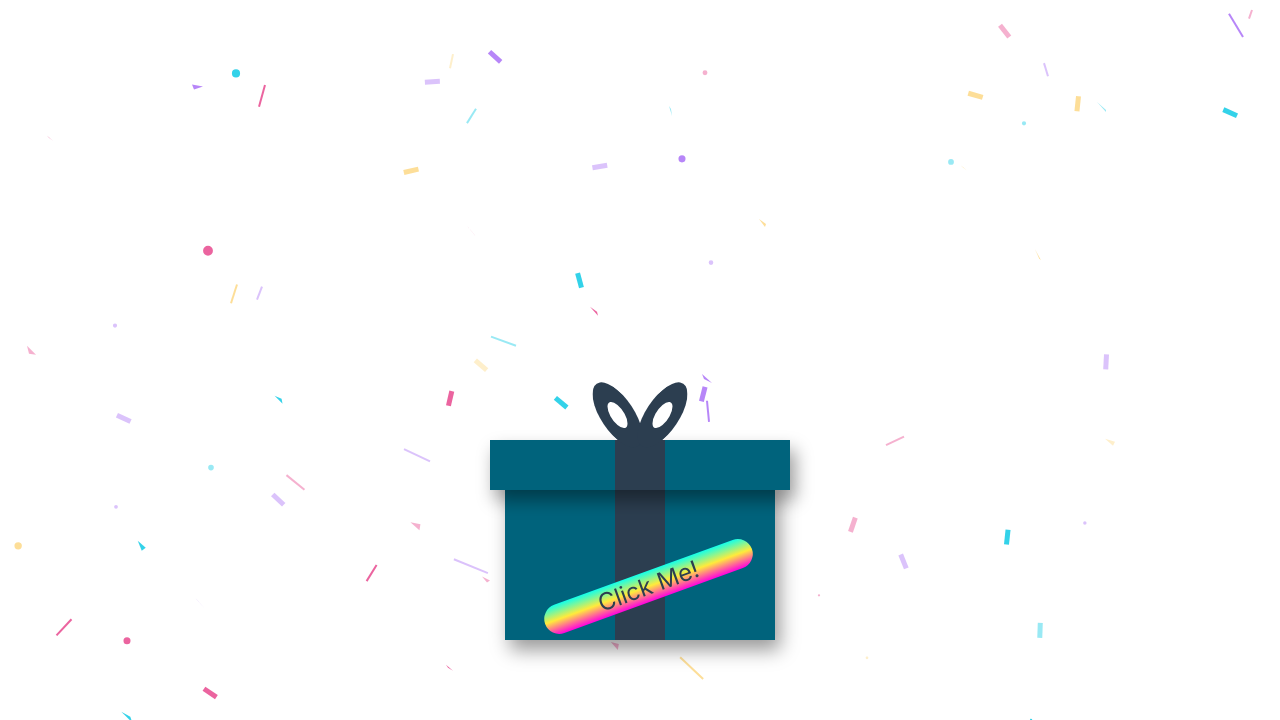
Repository: trongnghia161001/birth_day
Page: index.html
The author's editor kept a copy of each file at every save. The page is drawn from the files as they stood at one save, then again after the next save.
The browser window is 1280 px wide. The pictures show the whole page.

Above is the page before, as saved 2022-11-14 22:25:50.

### index.html
<!DOCTYPE html>
<html>

<head>
  <meta charset="utf-8" />
  <meta name="viewport" content="width=device-width" />
  <title>Happy Birthday!</title>

  <link rel="stylesheet" href="styles/flexbox-center-container.css" media="all">
  <link rel="stylesheet" href="styles/system-fonts.css" media="all">
  <link rel="stylesheet" href="styles/style.css" media="all">
</head>

<body>
  <canvas id=c></canvas>
  <canvas id="confetti"></canvas>
  <div class="container" id="count">
    <h1 id="head">Countdown to your birthday:</h1>
    <ul>
      <li><span id="day"></span>days</li>
      <li><span id="hour"></span>hours</li>
      <li><span id="minute"></span>minutes</li>
      <li><span id="second"></span>seconds</li>
    </ul>
  </div>
  <div id="merrywrap" class="merrywrap">
    <canvas id="snowfall"></canvas>
    <div class="giftbox">
      <div class="cover">
        <div></div>
      </div>
      <div class="box"></div>
    </div>
</body>
<script src="scripts/confetti.min.js" charset="utf-8"></script>
<script src="scripts/index.js" charset="utf-8"></script>

</html>

### styles/style.css
* {
  box-sizing: border-box;
  margin: 0;
  padding: 0;
}
canvas {
  position: absolute;
  top: 0;
  left: 0;
}
body {
  background: #ffffff;
  overflow: hidden;
}
.container {
  color: rgba(55, 59, 65, 0.8);
  font-family: Helvetica, sans-serif;
  font-weight: lighter;
  text-align: center;
}

h1 {
  font-weight: normal;
}
li {
  display: inline-block;
  font-size: 1.5em;
  list-style-type: none;
  padding: 1em;
  text-transform: uppercase;
}
li span {
  display: block;
  font-size: 4.5rem;
}
.merrywrap {
  position: absolute;
  right: 40px;
  left: 40px;
  bottom: 80px;
  top: 40px;
}
.giftbox {
  position: absolute;
  width: 300px;
  height: 200px;
  left: 50%;
  margin-left: -150px;
  bottom: 0;
  z-index: 10;
}


.giftbox > div {
  background: rgb(0, 99, 124);
  position: absolute;
  box-shadow: 5px 10px 18px rgba(0, 0, 0, 0.4);
}

.giftbox:hover > div {
  box-shadow: none;
  transition: 0.5s all;
}

.giftbox > div:after, .giftbox > div:before {
  position: absolute;
  content: "";
  top: 0;
}
.giftbox:after {
  position: absolute;
  color: #2C3E50;
  width: 100%;
  content: "Click Me!";
  left: 50px;
  bottom: 0;
  font-size: 24px;
  text-align: center;
  transform: rotate(-20deg);
  transform-origin: 0 0;
  background: linear-gradient(#14ffe9, #ffeb3b, #ff00e0);
  height: 30px;
  width: 220px;
  border-radius: 50px;
  cursor: pointer;
}



.giftbox .cover {
  width: 100%;
  top: 0;
  left: 0;
  height: 25%;
  z-index: 2;
}
.giftbox .cover:before {
  position: absolute;
  height: 100%;
  left: 50%;
  width: 50px;
  transform: translateX(-50%);
  background: #2C3E50;
}
.giftbox .cover > div {
  position: absolute;
  width: 50px;
  height: 50px;
  left: 50%;
  top: -50px;
  transform: translateX(-50%);
}
.giftbox .cover > div:before, .giftbox .cover > div:after {
  position: absolute;
  left: 0;
  top: 0;
  width: 100%;
  height: 100%;
  content: "";
  box-shadow: inset 0 0 0 15px #2C3E50;
  border-radius: 30px;
  transform-origin: 50% 100%;
}
.giftbox .cover > div:before {
  transform: translateX(-45%) skewY(40deg);
}
.giftbox .cover > div:after {
  transform: translateX(45%) skewY(-40deg);
}
.giftbox .box {
  right: 5%;
  left: 5%;
  height: 80%;
  bottom: 0;
}
.giftbox .box:before {
  width: 50px;
  height: 100%;
  left: 50%;
  transform: translateX(-50%);
  background: #2C3E50;
}
.giftbox .box:after {
  width: 100%;
  height: 30px;
  background: rgba(0, 0, 0, 0);
}
.step-1 .giftbox {
  animation: wobble 0.5s linear infinite forwards;
}
.step-1 .cover {
  animation: wobble 0.5s linear infinite 5s forwards;
}
.step-1 .icons .row span {
  opacity: 1;
}
.step-2 .giftbox:after {
  opacity: 0;
}
.step-3 .giftbox, .step-4 .giftbox {
  opacity: 0;
  z-index: 1;
}
.step-3 .giftbox:after, .step-4 .giftbox:after {
  opacity: 0;
}
.step-2 .giftbox .cover {
  animation: flyUp 2s ease-in forwards;
}
.step-2 .giftbox .box {
  animation: flyDown 2s ease-in 0.05s forwards;
}
@keyframes wobble {
  25% {
      transform: rotate(4deg);
 }
  75% {
      transform: rotate(-2deg);
 }
}
@keyframes flyUp {
  75% {
      opacity: 1;
 }
  100% {
      transform: translateY(-1000px) rotate(20deg);
      opacity: 0;
 }
}
@keyframes flyDown {
  75% {
      opacity: 1;
 }
  100% {
      transform: translateY(100%);
      opacity: 0;
 }
}

### scripts/index.js
const count = document.getElementById('count');
const head = document.getElementById('head');
const giftbox = document.getElementById('merrywrap');
const canvasC = document.getElementById('c');

const config = {
  birthdate: 'Jan 29, 2020',
  name: 'Darlene'
};

function hideEverything() {
  head.style.display = 'none';
  count.style.display = 'none';
  giftbox.style.display = 'none';
  canvasC.style.display = 'none';
}

hideEverything();

const confettiSettings = { target: 'confetti' };
const confetti = new window.ConfettiGenerator(confettiSettings);
confetti.render();

const second = 1000,
  minute = second * 60,
  hour = minute * 60,
  day = hour * 24;

let countDown = new Date(`${config.birthdate} 00:00:00`).getTime();
x = setInterval(function() {
  let now = new Date().getTime(),
    distance = countDown - now;

  document.getElementById('day').innerText = Math.floor(distance / day);
  document.getElementById('hour').innerText = Math.floor(
    (distance % day) / hour
  );
  document.getElementById('minute').innerText = Math.floor(
    (distance % hour) / minute
  );
  document.getElementById('second').innerText = Math.floor(
    (distance % minute) / second
  );

  let w = (c.width = window.innerWidth),
    h = (c.height = window.innerHeight),
    ctx = c.getContext('2d'),
    hw = w / 2, // half-width
    hh = h / 2,
    opts = {
      strings: ['HAPPY', 'BIRTHDAY!', config.name],
      charSize: 30,
      charSpacing: 35,
      lineHeight: 40,

      cx: w / 2,
      cy: h / 2,

      fireworkPrevPoints: 10,
      fireworkBaseLineWidth: 5,
      fireworkAddedLineWidth: 8,
      fireworkSpawnTime: 200,
      fireworkBaseReachTime: 30,
      fireworkAddedReachTime: 30,
      fireworkCircleBaseSize: 20,
      fireworkCircleAddedSize: 10,
      fireworkCircleBaseTime: 30,
      fireworkCircleAddedTime: 30,
      fireworkCircleFadeBaseTime: 10,
      fireworkCircleFadeAddedTime: 5,
      fireworkBaseShards: 5,
      fireworkAddedShards: 5,
      fireworkShardPrevPoints: 3,
      fireworkShardBaseVel: 4,
      fireworkShardAddedVel: 2,
      fireworkShardBaseSize: 3,
      fireworkShardAddedSize: 3,
      gravity: 0.1,
      upFlow: -0.1,
      letterContemplatingWaitTime: 360,
      balloonSpawnTime: 20,
      balloonBaseInflateTime: 10,
      balloonAddedInflateTime: 10,
      balloonBaseSize: 20,
      balloonAddedSize: 20,
      balloonBaseVel: 0.4,
      balloonAddedVel: 0.4,
      balloonBaseRadian: -(Math.PI / 2 - 0.5),
      balloonAddedRadian: -1
    },
    calc = {
      totalWidth:
        opts.charSpacing *
        Math.max(opts.strings[0].length, opts.strings[1].length)
    },
    Tau = Math.PI * 2,
    TauQuarter = Tau / 4,
    letters = [];

  ctx.font = opts.charSize + 'px Verdana';

  function Letter(char, x, y) {
    this.char = char;
    this.x = x;
    this.y = y;

    this.dx = -ctx.measureText(char).width / 2;
    this.dy = +opts.charSize / 2;

    this.fireworkDy = this.y - hh;

    let hue = (x / calc.totalWidth) * 360;

    this.color = 'hsl(hue,80%,50%)'.replace('hue', hue);
    this.lightAlphaColor = 'hsla(hue,80%,light%,alp)'.replace('hue', hue);
    this.lightColor = 'hsl(hue,80%,light%)'.replace('hue', hue);
    this.alphaColor = 'hsla(hue,80%,50%,alp)'.replace('hue', hue);

    this.reset();
  }
  Letter.prototype.reset = function() {
    this.phase = 'firework';
    this.tick = 0;
    this.spawned = false;
    this.spawningTime = (opts.fireworkSpawnTime * Math.random()) | 0;
    this.reachTime =
      (opts.fireworkBaseReachTime +
        opts.fireworkAddedReachTime * Math.random()) |
      0;
    this.lineWidth =
      opts.fireworkBaseLineWidth + opts.fireworkAddedLineWidth * Math.random();
    this.prevPoints = [[0, hh, 0]];
  };
  Letter.prototype.step = function() {
    if (this.phase === 'firework') {
      if (!this.spawned) {
        ++this.tick;
        if (this.tick >= this.spawningTime) {
          this.tick = 0;
          this.spawned = true;
        }
      } else {
        ++this.tick;

        let linearProportion = this.tick / this.reachTime,
          armonicProportion = Math.sin(linearProportion * TauQuarter),
          x = linearProportion * this.x,
          y = hh + armonicProportion * this.fireworkDy;

        if (this.prevPoints.length > opts.fireworkPrevPoints)
          this.prevPoints.shift();

        this.prevPoints.push([x, y, linearProportion * this.lineWidth]);

        let lineWidthProportion = 1 / (this.prevPoints.length - 1);

        for (let i = 1; i < this.prevPoints.length; ++i) {
          let point = this.prevPoints[i],
            point2 = this.prevPoints[i - 1];

          ctx.strokeStyle = this.alphaColor.replace(
            'alp',
            i / this.prevPoints.length
          );
          ctx.lineWidth = point[2] * lineWidthProportion * i;
          ctx.beginPath();
          ctx.moveTo(point[0], point[1]);
          ctx.lineTo(point2[0], point2[1]);
          ctx.stroke();
        }

        if (this.tick >= this.reachTime) {
          this.phase = 'contemplate';

          this.circleFinalSize =
            opts.fireworkCircleBaseSize +
            opts.fireworkCircleAddedSize * Math.random();
          this.circleCompleteTime =
            (opts.fireworkCircleBaseTime +
              opts.fireworkCircleAddedTime * Math.random()) |
            0;
          this.circleCreating = true;
          this.circleFading = false;

          this.circleFadeTime =
            (opts.fireworkCircleFadeBaseTime +
              opts.fireworkCircleFadeAddedTime * Math.random()) |
            0;
          this.tick = 0;
          this.tick2 = 0;

          this.shards = [];

          let shardCount =
              (opts.fireworkBaseShards +
                opts.fireworkAddedShards * Math.random()) |
              0,
            angle = Tau / shardCount,
            cos = Math.cos(angle),
            sin = Math.sin(angle),
            x = 1,
            y = 0;

          for (let i = 0; i < shardCount; ++i) {
            let x1 = x;
            x = x * cos - y * sin;
            y = y * cos + x1 * sin;

            this.shards.push(new Shard(this.x, this.y, x, y, this.alphaColor));
          }
        }
      }
    } else if (this.phase === 'contemplate') {
      ++this.tick;

      if (this.circleCreating) {
        ++this.tick2;
        let proportion = this.tick2 / this.circleCompleteTime,
          armonic = -Math.cos(proportion * Math.PI) / 2 + 0.5;

        ctx.beginPath();
        ctx.fillStyle = this.lightAlphaColor
          .replace('light', 50 + 50 * proportion)
          .replace('alp', proportion);
        ctx.beginPath();
        ctx.arc(this.x, this.y, armonic * this.circleFinalSize, 0, Tau);
        ctx.fill();

        if (this.tick2 > this.circleCompleteTime) {
          this.tick2 = 0;
          this.circleCreating = false;
          this.circleFading = true;
        }
      } else if (this.circleFading) {
        ctx.fillStyle = this.lightColor.replace('light', 70);
        ctx.fillText(this.char, this.x + this.dx, this.y + this.dy);

        ++this.tick2;
        let proportion = this.tick2 / this.circleFadeTime,
          armonic = -Math.cos(proportion * Math.PI) / 2 + 0.5;

        ctx.beginPath();
        ctx.fillStyle = this.lightAlphaColor
          .replace('light', 100)
          .replace('alp', 1 - armonic);
        ctx.arc(this.x, this.y, this.circleFinalSize, 0, Tau);
        ctx.fill();

        if (this.tick2 >= this.circleFadeTime) this.circleFading = false;
      } else {
        ctx.fillStyle = this.lightColor.replace('light', 70);
        ctx.fillText(this.char, this.x + this.dx, this.y + this.dy);
      }

      for (let i = 0; i < this.shards.length; ++i) {
        this.shards[i].step();

        if (!this.shards[i].alive) {
          this.shards.splice(i, 1);
          --i;
        }
      }

      if (this.tick > opts.letterContemplatingWaitTime) {
        this.phase = 'balloon';

        this.tick = 0;
        this.spawning = true;
        this.spawnTime = (opts.balloonSpawnTime * Math.random()) | 0;
        this.inflating = false;
        this.inflateTime =
          (opts.balloonBaseInflateTime +
            opts.balloonAddedInflateTime * Math.random()) |
          0;
        this.size =
          (opts.balloonBaseSize + opts.balloonAddedSize * Math.random()) | 0;

        let rad =
            opts.balloonBaseRadian + opts.balloonAddedRadian * Math.random(),
          vel = opts.balloonBaseVel + opts.balloonAddedVel * Math.random();

        this.vx = Math.cos(rad) * vel;
        this.vy = Math.sin(rad) * vel;
      }
    } else if (this.phase === 'balloon') {
      ctx.strokeStyle = this.lightColor.replace('light', 80);

      if (this.spawning) {
        ++this.tick;
        ctx.fillStyle = this.lightColor.replace('light', 70);
        ctx.fillText(this.char, this.x + this.dx, this.y + this.dy);

        if (this.tick >= this.spawnTime) {
          this.tick = 0;
          this.spawning = false;
          this.inflating = true;
        }
      } else if (this.inflating) {
        ++this.tick;

        let proportion = this.tick / this.inflateTime,
          x = (this.cx = this.x),
          y = (this.cy = this.y - this.size * proportion);

        ctx.fillStyle = this.alphaColor.replace('alp', proportion);
        ctx.beginPath();
        generateBalloonPath(x, y, this.size * proportion);
        ctx.fill();

        ctx.beginPath();
        ctx.moveTo(x, y);
        ctx.lineTo(x, this.y);
        ctx.stroke();

        ctx.fillStyle = this.lightColor.replace('light', 70);
        ctx.fillText(this.char, this.x + this.dx, this.y + this.dy);

        if (this.tick >= this.inflateTime) {
          this.tick = 0;
          this.inflating = false;
        }
      } else {
        this.cx += this.vx;
        this.cy += this.vy += opts.upFlow;

        ctx.fillStyle = this.color;
        ctx.beginPath();
        generateBalloonPath(this.cx, this.cy, this.size);
        ctx.fill();

        ctx.beginPath();
        ctx.moveTo(this.cx, this.cy);
        ctx.lineTo(this.cx, this.cy + this.size);
        ctx.stroke();

        ctx.fillStyle = this.lightColor.replace('light', 70);
        ctx.fillText(
          this.char,
          this.cx + this.dx,
          this.cy + this.dy + this.size
        );

        if (this.cy + this.size < -hh || this.cx < -hw || this.cy > hw)
          this.phase = 'done';
      }
    }
  };

  function Shard(x, y, vx, vy, color) {
    let vel =
      opts.fireworkShardBaseVel + opts.fireworkShardAddedVel * Math.random();

    this.vx = vx * vel;
    this.vy = vy * vel;

    this.x = x;
    this.y = y;

    this.prevPoints = [[x, y]];
    this.color = color;

    this.alive = true;

    this.size =
      opts.fireworkShardBaseSize + opts.fireworkShardAddedSize * Math.random();
  }
  Shard.prototype.step = function() {
    this.x += this.vx;
    this.y += this.vy += opts.gravity;

    if (this.prevPoints.length > opts.fireworkShardPrevPoints)
      this.prevPoints.shift();

    this.prevPoints.push([this.x, this.y]);

    let lineWidthProportion = this.size / this.prevPoints.length;

    for (let k = 0; k < this.prevPoints.length - 1; ++k) {
      let point = this.prevPoints[k],
        point2 = this.prevPoints[k + 1];

      ctx.strokeStyle = this.color.replace('alp', k / this.prevPoints.length);
      ctx.lineWidth = k * lineWidthProportion;
      ctx.beginPath();
      ctx.moveTo(point[0], point[1]);
      ctx.lineTo(point2[0], point2[1]);
      ctx.stroke();
    }

    if (this.prevPoints[0][1] > hh) this.alive = false;
  };

  function generateBalloonPath(x, y, size) {
    ctx.moveTo(x, y);
    ctx.bezierCurveTo(
      x - size / 2,
      y - size / 2,
      x - size / 4,
      y - size,
      x,
      y - size
    );
    ctx.bezierCurveTo(x + size / 4, y - size, x + size / 2, y - size / 2, x, y);
  }

  function anim() {
    window.requestAnimationFrame(anim);

    ctx.fillStyle = '#fff';
    ctx.fillRect(0, 0, w, h);

    ctx.translate(hw, hh);

    let done = true;
    for (let l = 0; l < letters.length; ++l) {
      letters[l].step();
      if (letters[l].phase !== 'done') done = false;
    }

    ctx.translate(-hw, -hh);

    if (done) for (let l = 0; l < letters.length; ++l) letters[l].reset();
  }

  for (let i = 0; i < opts.strings.length; ++i) {
    for (let j = 0; j < opts.strings[i].length; ++j) {
      letters.push(
        new Letter(
          opts.strings[i][j],
          j * opts.charSpacing +
            opts.charSpacing / 2 -
            (opts.strings[i].length * opts.charSize) / 2,
          i * opts.lineHeight +
            opts.lineHeight / 2 -
            (opts.strings.length * opts.lineHeight) / 2
        )
      );
    }
  }

  window.addEventListener('resize', function() {
    w = c.width = window.innerWidth;
    h = c.height = window.innerHeight;

    hw = w / 2;
    hh = h / 2;

    ctx.font = opts.charSize + 'px Verdana';
  });

  if (distance > 0) {
    head.style.display = 'initial';
    count.style.display = 'initial';
  } else {
    head.style.display = 'none';
    count.style.display = 'none';
    giftbox.style.display = 'initial';
    clearInterval(x);
    let merrywrap = document.getElementById('merrywrap');
    let box = merrywrap.getElementsByClassName('giftbox')[0];
    let step = 1;
    let stepMinutes = [2000, 2000, 1000, 1000];

    function init() {
      box.addEventListener('click', openBox, false);
      box.addEventListener('click', showfireworks, false);
    }

    function stepClass(step) {
      merrywrap.className = 'merrywrap';
      merrywrap.className = 'merrywrap step-' + step;
    }

    function openBox() {
      if (step === 1) {
        box.removeEventListener('click', openBox, false);
      }
      stepClass(step);
      if (step === 3) {
      }
      if (step === 4) {
        return;
      }
      setTimeout(openBox, stepMinutes[step - 1]);
      step++;
      //   setTimeout(anim, 1900);
    }

    function showfireworks() {
      canvasC.style.display = 'initial';
      setTimeout(anim, 1500);
    }

    init();
  }

  // if (distance < 0) {
  //     clearInterval(x);
  //     console.log("happy birthday");
  // }
}, second);

Loaded but not shown: styles/flexbox-center-container.css (common file); styles/system-fonts.css (common file); scripts/confetti.min.js (library)

After the next save:
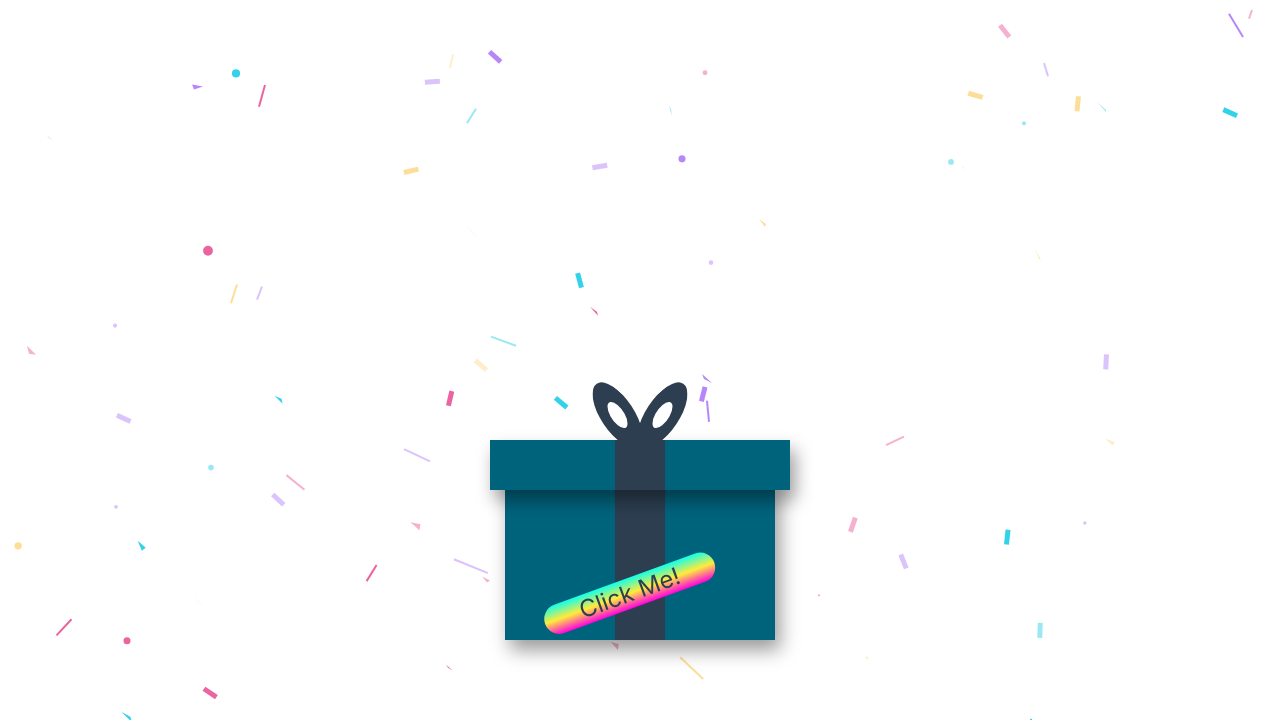
Saved 17 s later.
--- a/styles/style.css
+++ b/styles/style.css
@@ -80,7 +80,7 @@
   transform-origin: 0 0;
   background: linear-gradient(#14ffe9, #ffeb3b, #ff00e0);
   height: 30px;
-  width: 220px;
+  width: 180px;
   border-radius: 50px;
   cursor: pointer;
 }

After the save that followed:
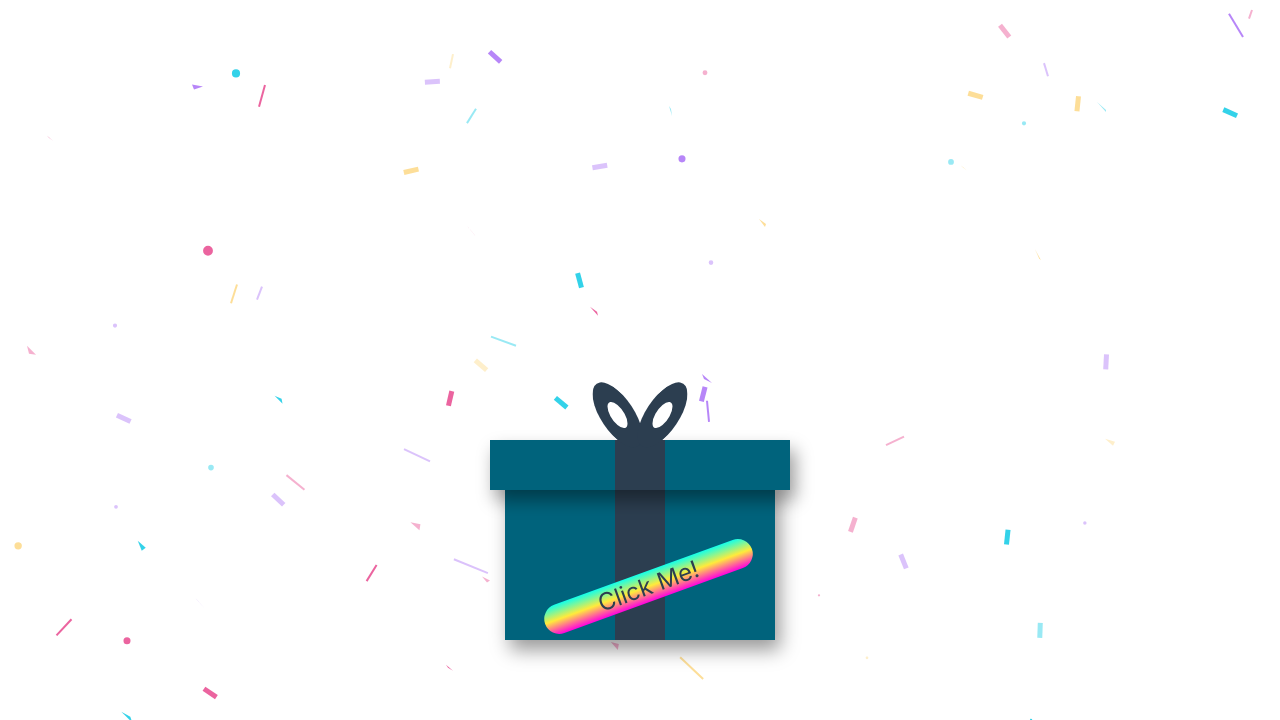
Saved 15 s later.
--- a/styles/style.css
+++ b/styles/style.css
@@ -80,7 +80,7 @@
   transform-origin: 0 0;
   background: linear-gradient(#14ffe9, #ffeb3b, #ff00e0);
   height: 30px;
-  width: 180px;
+  width: 220px;
   border-radius: 50px;
   cursor: pointer;
 }
